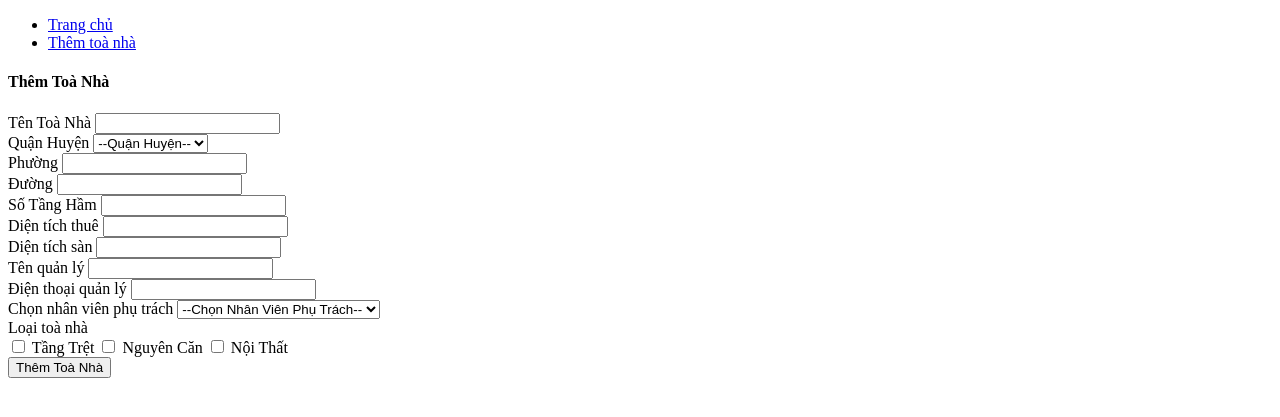
Repository: LeQuangBao0126/jspservlet122019_bao
Page: http://localhost/jspservletHUHUHU/views/admin/building/abcinsert.jsp
An editor plug-in stored every save of this project. The page is shown before and after the next save, followed by the edit.
The browser window is 1280 px wide. The pictures show the whole page.
The page is served by Tomcat 9. Nobody is signed in. The application's start-up code is not run.

Above is the page before, as saved 2020-03-19 04:08:31.

After the next save:
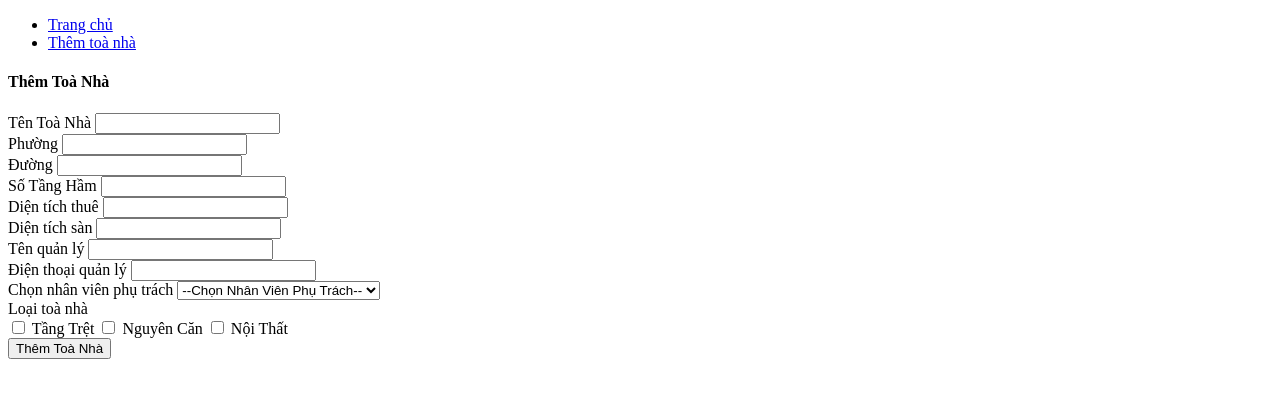
Saved 7 min 23 s later.
--- a/jspservletHUHUHU/src/main/webapp/views/admin/building/abcinsert.jsp
+++ b/jspservletHUHUHU/src/main/webapp/views/admin/building/abcinsert.jsp
@@ -39,19 +39,11 @@
                                                 <div class="col-sm-7">
                                                     <div>
                                                         <label for="name"> Tên Toà Nhà </label>
-                                                        <input type="text" id="name" class="form-control" />
+                                                        <input type="text" id="name" name="name" class="form-control" />
                                                     </div>
                                                 </div>
 
-                                                <div class="col-sm-4">
-                                                    <label for="">Quận Huyện</label>
-	                                         		<select class="form-control" id="form-field-select-1">
-													<option value="">--Quận Huyện--</option>
-													<option value="a">aa</option>
-													<option value="b">bb</option>
-													<option value="c">cc</option>
-													</select>
-                                                </div>
+
                                                 <div class="col-sm-4">
                                                     <label for="">Phường</label>
                                                     <input type="text" id="ward" class="form-control" />
